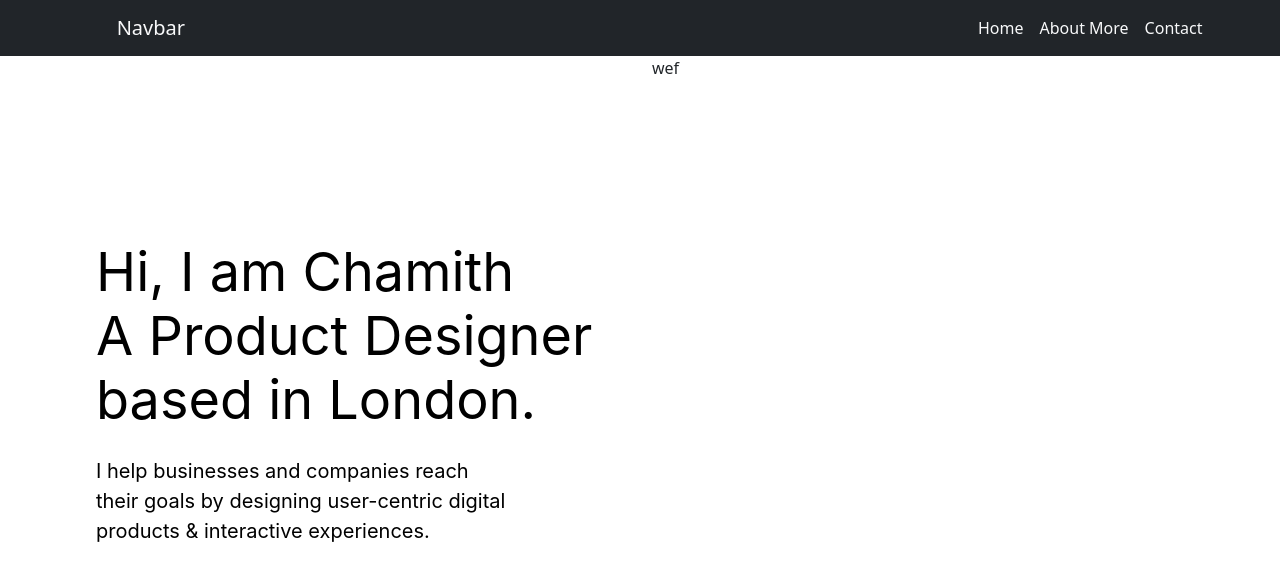
Repository: Realchamithweb/chamith-html
Page: index.html
These files come from the project's save history. The page is drawn as it stood at one moment and after the next save; the edit follows.
The browser window is 1280 px wide. The pictures show the whole page.

Above is the page before, as saved 2023-01-01 19:30:29.

After the next save:
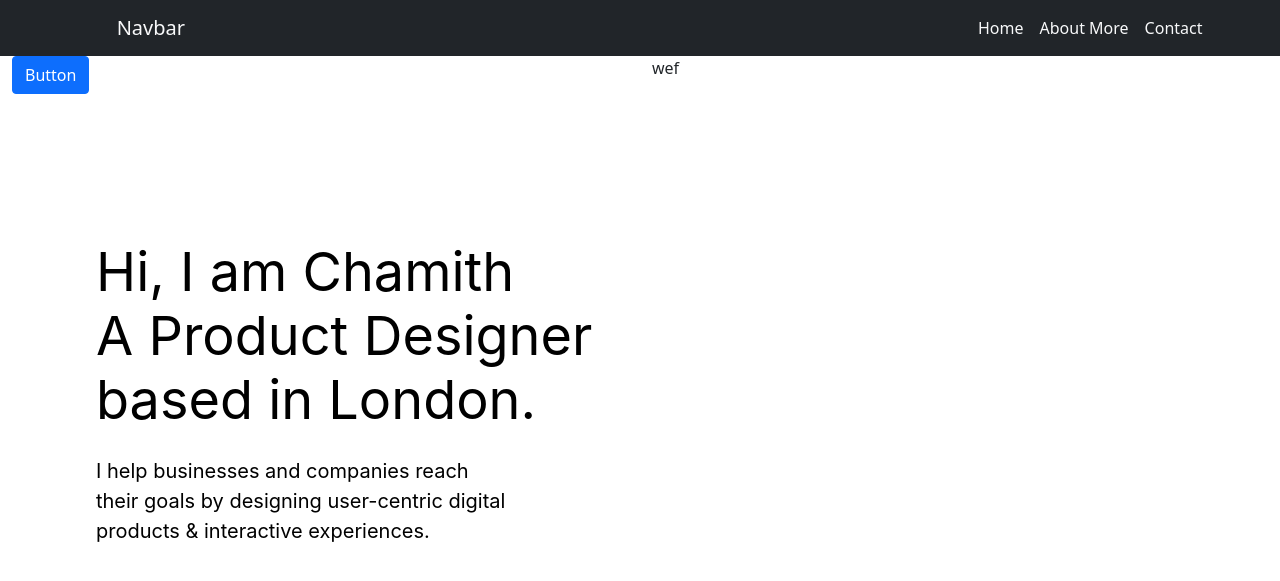
Saved 90 s later.
--- a/index.html
+++ b/index.html
@@ -50,9 +50,7 @@
                             their goals by designing user-centric digital <br>
                             products & interactive experiences.
                         </p>
-                        <div class="btn">
-
-                        </div>
+                        <button class="btn btn-primary" type="button">Button</button>
                     </div>
                     <div class="col-lg-6">
     wef
